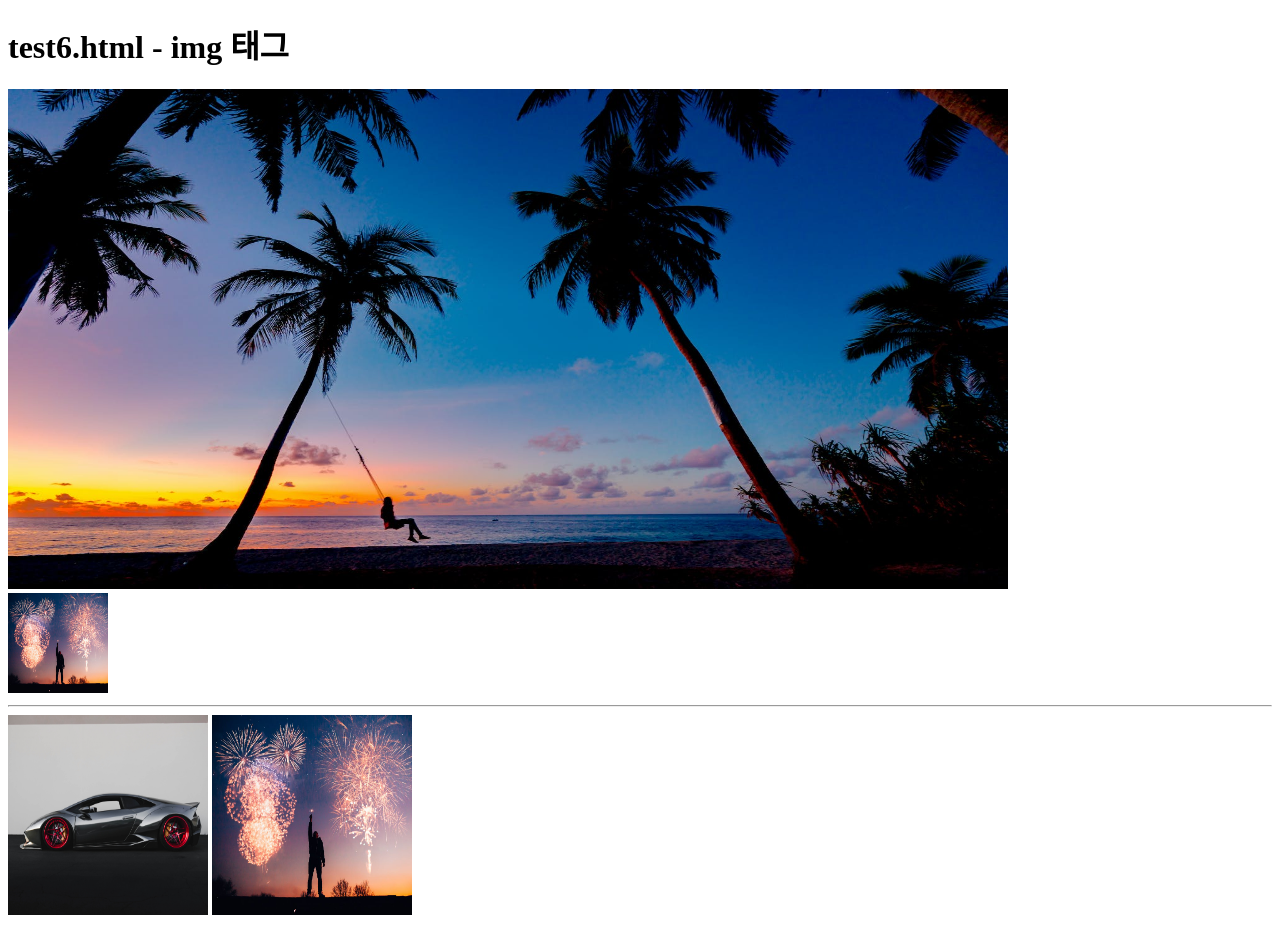
Repository: KimMinseooo/itwillStudy
Page: BACKEND/JSP/workspace_jsp/StudyHTML/src/main/webapp/1024/test6.html
The author's editor kept a copy of each file at every save. The page is drawn from the files as they stood at one save, then again after the next save.
The browser window is 1280 px wide. The pictures show the whole page.

Above is the page before, as saved 2024-10-24 02:43:14.

After the next save:
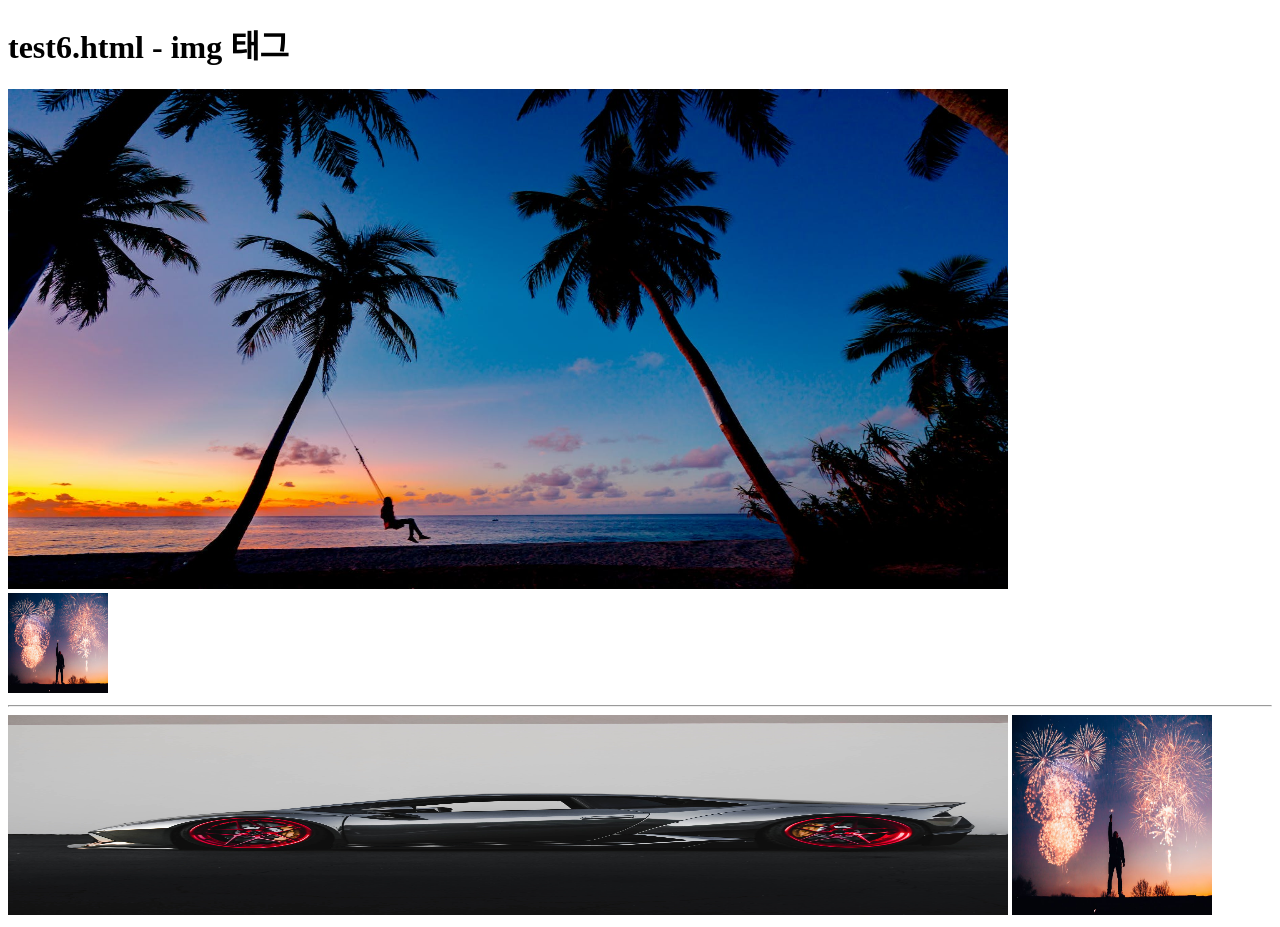
Saved 16 s later.
--- a/BACKEND/JSP/workspace_jsp/StudyHTML/src/main/webapp/1024/test6.html
+++ b/BACKEND/JSP/workspace_jsp/StudyHTML/src/main/webapp/1024/test6.html
@@ -10,7 +10,7 @@
 	<img src="1.jpg" width="1000" height="500" title="해변가"><br>
 	<img src="3.jpg" width="100" height="100" alt="이미지를 불러올 수 없습니다">
 	<hr>
-	<img alt="" src="today_image/2.jpg" width="200" height="200">
+	<img alt="" src="today_image/2.jpg" width="1000" height="200">
 	<img alt="" src="../images/3.jpg" width="200" height="200">
 
 </body>
